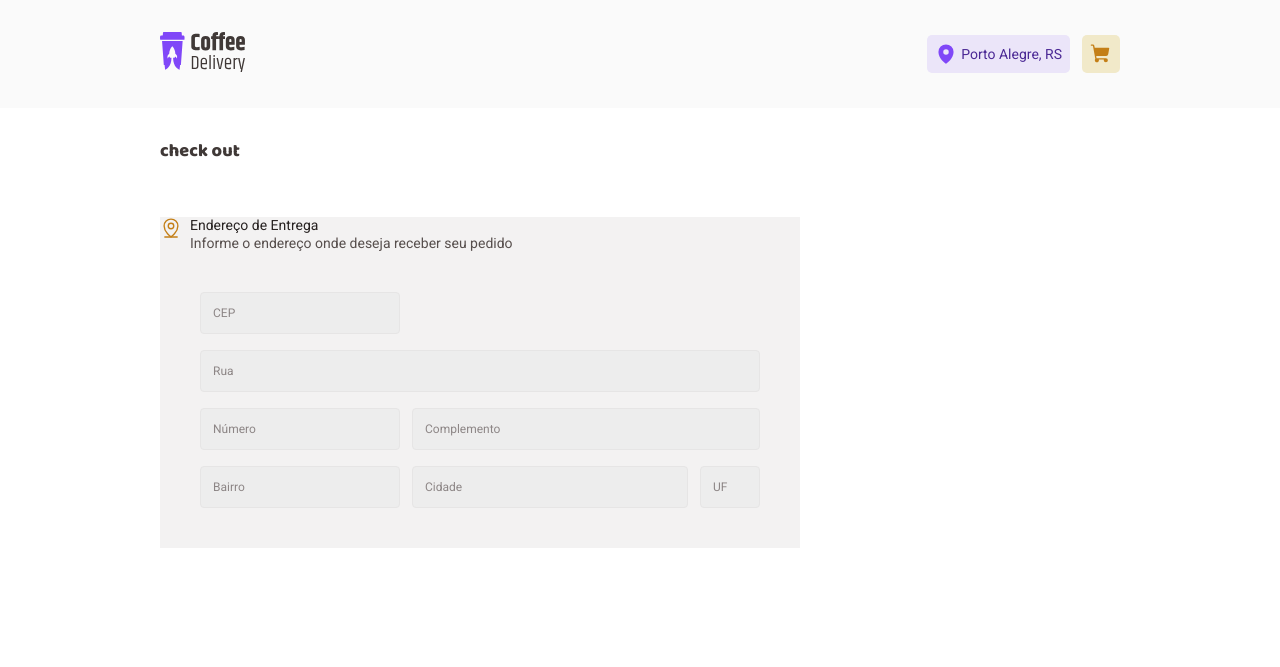
Repository: caueenrico/CoffeDelivery
Page: /checkout
An editor plug-in stored every save of this project. The page is shown before and after a run of saves, followed by the edit.
The browser window is 1280 px wide. The pictures show the whole page.
The project was rebuilt for these pictures with package versions that can differ from the ones it lists, and the page was loaded fresh each time. Also part of the build but not shown: vite.config.ts, src/components/CoffesOptions/styled.ts, src/components/CoffeCards/styles.ts, src/components/IpuntNumber/styles.ts, src/components/IpuntNumber/index.tsx, src/components/CartOfCard/styles.ts, src/components/CartOfCard/index.tsx, src/utils/formatMoney.ts and 4 more.

Above is the page before, as saved 2022-09-22 15:27:09.

### index.html
<!DOCTYPE html>
<html lang="en">
  <head>
    <meta charset="UTF-8" />

    <link rel="preconnect" href="https://fonts.googleapis.com" />
    <link rel="preconnect" href="https://fonts.gstatic.com" crossorigin />
    <link
      href="https://fonts.googleapis.com/css2?family=Baloo+2:wght@700;800&family=Roboto:wght@400;700&display=swap"
      rel="stylesheet"
    />

    <link rel="icon" type="image/svg+xml" href="/vite.svg" />
    <meta name="viewport" content="width=device-width, initial-scale=1.0" />
    <title>Vite + React + TS</title>
  </head>
  <body>
    <div id="root"></div>
    <script type="module" src="/src/main.tsx"></script>
  </body>
</html>

### src/App.tsx
import { BrowserRouter } from "react-router-dom";
import { ThemeProvider } from "styled-components";
import { Router } from "./Router";
import { defaultTheme } from "./styles/themes/default";
import { GlobalStyle } from "./styles/themes/global";

export function App() {
  return (
    <ThemeProvider theme={defaultTheme}>
      <BrowserRouter>
        <Router />
      </BrowserRouter>
      <GlobalStyle />
    </ThemeProvider>
  );
}

### src/Router.tsx
import { Routes, Route } from 'react-router-dom'
import { DefaultLayout } from './layouts/DefaultLayout'
import { CheckOut } from './pages/CheckOut'
import { Home } from './pages/Home'



export function Router() {
  return (
    <Routes>
      <Route path="/" element={<DefaultLayout />}>
        <Route path="/" element={<Home />} />
        <Route path="/checkout" element={<CheckOut />} />
      </Route>
    </Routes>
  )
}

### src/styles/themes/default.ts
export const defaultTheme = {
  white: '#FFFFFF',

  // PRODUTOS
  'yellow-dark': '#C47F17',
  'yellow': '#DBAC2C',
  'yellow-light': '#F1E9C9',

  'purple-dark': '#4B2995',
  'purple': '#8047F8',
  'purple-light': '#EBE5F9',

  //BASE
  'title':'#272221',
  'subtitle': '#403937',
  'text':'#574F4D',
  'label':'#8D8686',
  'hover':'#D7D5D5',
  'button':'#E6E5E5',
  'input':'#EDEDED',
  'card':'#F3F2F2',
  'background':'#FAFAFA'
}

### src/styles/themes/global.ts
import { createGlobalStyle } from "styled-components";


export const GlobalStyle = createGlobalStyle`
  *{
    margin: 0;
    padding: 0;
    box-sizing: border-box;
  }

  :focus{
    outline: 0;
  }

  body{
    -webkit-font-smoothing: antialiased;
  }

  body,input,textarea,button{
    font-family: 'Roboto', sans-serif;
    font-weight: 400;
    font-size: 1rem;
  }

  input::-webkit-outer-spin-button,
  input::-webkit-inner-spin-button {
    -webkit-appearance: none;
    margin: 0;
  }
  input[type="number"] {
    -moz-appearance: textfield;
  }

`

### src/layouts/DefaultLayout/index.tsx
import { Outlet } from 'react-router-dom'
import { Header } from '../../components/Header'
import { LayoutContainer } from './styles'

export function DefaultLayout() {
  return (
    <div>
      <LayoutContainer>
        <Header />
        <Outlet />
      </LayoutContainer>
    </div>
  )
}

### src/pages/CheckOut/index.tsx
import { MapPinLine } from "phosphor-react";
import { useTheme } from "styled-components";
import { TilteText } from "../Home/styles";
import { AddressForm } from "./AddresForm";
import { TextCheck } from "./components/TextosCheck";
import { AddressFormContainer, ContainerCheckOut } from "./styles";

export function CheckOut() {
  return (
    <>
      <TilteText>check out</TilteText>

      <ContainerCheckOut>
        <TextCheck
          icon={<MapPinLine size={22} color="#C47F17" />}
          title="Endereço de Entrega"
          subtitle="Informe o endereço onde deseja receber seu pedido"
        />

        <AddressForm />

      </ContainerCheckOut>
    </>
  );
}

### src/components/Header/index.tsx
import { HeaderContainer, NavHeaders } from "./styles";
import logo from '../assets/logo.svg';
import { Locations } from "../Locations";
import { Cart } from "../Cart";
import { NavLink } from "react-router-dom";


export function Header() {
  return (
    <HeaderContainer>
      <NavLink to='/'>
      <img src={logo} alt="" />
      </NavLink>

      <NavHeaders>
        <Locations />
        <NavLink to='/checkout'>
          <Cart/>
        </NavLink>
      </NavHeaders>
    </HeaderContainer>
  );
}

### src/layouts/DefaultLayout/styles.ts
import styled from 'styled-components'

export const LayoutContainer = styled.div`

`

### src/pages/Home/styles.ts
import Background from '../assets/Background.png'

import styled from "styled-components";

export const BannerContainer = styled.div`

display: flex;
align-items: center;
justify-content: space-between;

padding: 94px 160px;

background-image: url(${Background});
background-position: center;
background-repeat: no-repeat;
background-size: cover;

`

export const TextContainer = styled.div`
 max-width: 588px;

 h1{
  font-family: 'Baloo 2';
  font-style: normal;
  font-weight: 800;
  font-size: 48px;
  line-height: 130%;
  color: ${props => props.theme['title']}
 }

  span {
    font-family: 'Roboto';
    font-weight: 400;
    font-size: 20px;
    line-height: 130%;
    color: ${props => props.theme['subtitle']}
  }




`

export const Benefist = styled.div `

  margin-top: 66px;
  max-width: 567px;
  color: ${props => props.theme['text']};

  ul {
    list-style-type: none;
    display: flex;
    gap: 40px;

  }

  ul li{
    font-size: 16px;
    display: flex;
    align-items: center;
    margin-bottom: 20px;
    gap: 12px;


  }

  .test{
    width: 231px;
  }
`

export const ProductsContainer = styled.div`

  h1{
    font-family: 'Baloo 2';
    font-style: normal;
    font-weight: 800;
    font-size: 32px;
    line-height: 130%;

    margin-left: 160px;
    margin-top: 32px;
    margin-bottom: 54px;

    color:${props => props.theme['subtitle']}
  }



`

export const TilteText = styled.h1`
    font-family: 'Baloo 2';
    font-style: normal;
    font-weight: 800;
    font-size: 18px;
    line-height: 130%;

    margin-left: 160px;
    margin-top: 32px;
    margin-bottom: 54px;

    color:${props => props.theme['subtitle']}
`

### src/pages/CheckOut/AddresForm.tsx
import { InputForm } from "../../components/InpuitForm";
import { AddressFormContainer } from "./styles";



export function AddressForm(){
  return(
    <AddressFormContainer>
      <InputForm placeholder="CEP" type='number' className="cep"/>
      <InputForm placeholder="Rua" className="street"/>
      <InputForm placeholder="Número" type='number'/>
      <InputForm placeholder="Complemento" className="complemento"/>
      <InputForm placeholder="Bairro" />
      <InputForm placeholder="Cidade"/>
      <InputForm placeholder="UF"/>
    </AddressFormContainer>
  )
}

### src/pages/CheckOut/components/TextosCheck/index.tsx
import { ReactNode } from "react"
import { SectionTitleContainer } from "./styles"

interface TextCheckProps{
  title: string
  subtitle: string
  icon: ReactNode
}

export function TextCheck({title,subtitle,icon}: TextCheckProps){
  return(
    <SectionTitleContainer>
      {icon}
      <div>
        <h1>{title}</h1>
        <span>{subtitle}</span>
      </div>
    </SectionTitleContainer>
  )
}

### src/pages/CheckOut/styles.ts
import styled from "styled-components";

export const ContainerCheckOut = styled.div `

  margin-left: 160px;
  display: flex;
  flex-direction: column;
  max-width: 40rem;
  background: ${props => props.theme.card};
`

export const AddressFormContainer = styled.div`
  width: 100%;

  margin: 40px;
  display: grid;
  grid-template-columns: 12.5rem 17.25rem 3.75rem;
  column-gap: 0.75rem;
  row-gap: 1rem;
  grid-auto-flow: dense;

  .cep{
    grid-column: span 3;
    max-width: 12.5rem;
  }

  .street{
    grid-column: span 3;
  }

  .complemento {
    grid-column: span 2;
  }

`

### src/components/Header/styles.ts
import styled from "styled-components";

export const HeaderContainer = styled.div`

  min-height: 104px;

  display: flex;
  align-items: center;
  justify-content: space-between;

  padding: 32px 160px;

  background-color: ${props => props.theme['background']};

  position: sticky;
  top: 0;
  left: 0;
  z-index: 5;

`
export const NavHeaders = styled.nav`
  display: flex;
  gap: 12px;

`

### src/components/Locations/index.tsx
import { MapPin } from "phosphor-react";
import { LocationsContainer } from "./styles";


export function Locations (){

  return (
    <LocationsContainer>
        <MapPin size={22} weight='fill' color="#8047F8"/> Porto Alegre, RS
    </LocationsContainer>
  )
}

### src/components/Cart/index.tsx
import { ShoppingCart } from "phosphor-react";
import React from "react";
import { CartContainer } from "./styles";

export function Cart (){
  return(
    <CartContainer>
      <ShoppingCart size={22} weight='fill'/>
    </CartContainer>
  )
}

### src/components/InpuitForm/index.tsx
import { InputHTMLAttributes } from "react";
import { InputStyleContainer } from "./styles";

type InputProps = InputHTMLAttributes<HTMLInputElement>

export function InputForm({...props}:InputProps ){
  return(
    <InputStyleContainer {...props}/>
  )
}

### src/pages/CheckOut/components/TextosCheck/styles.ts
import styled from "styled-components";

export const SectionTitleContainer = styled.div`
  display: flex;
  gap: 0.5rem;
  margin: ;


  div{
    h1{
      font-size: 0.875rem;
      font-weight: 400;
      color: ${props => props.theme.title};
    }
    span{
      font-size: 0.875rem;
      font-weight: 400;
      color: ${props => props.theme.text};
    }
  }

`

### src/components/Locations/styles.ts
import styled from "styled-components";

export const LocationsContainer = styled.div`
  border-radius: 5px;

  max-width: 143px;
  padding: 8px;
  font-size: 14px;

  background-color: ${props => props.theme['purple-light']};
  color: ${props => props.theme['purple-dark']};

  display: flex;
  justify-content: center;
  align-items: center;
  gap: 4px;



`

### src/components/Cart/styles.ts
import styled from "styled-components";

export const CartContainer = styled.button`
  max-width: 38px;
  max-height: 38px;
  border-radius: 5px;
  border: none;

  background-color: ${props => props.theme['yellow-light']};
  color: ${props => props.theme['yellow-dark']};

  display: flex;
  align-content: center;
  align-items: center;

  padding: 8px;

`

### src/components/InpuitForm/styles.ts
import styled from "styled-components";

export const InputStyleContainer = styled.input`
  height: 2.625rem;
  border-radius: 4px;
  border: 1px solid ${props => props.theme.button};
  background: ${props => props.theme.input};
  transition: 0.4s;

  &:focus{
    border-color: ${props => props.theme["yellow-dark"]};
  }

  color: ${props => props.theme["text"]};
  font-size: 00.75rem;
  padding: 0 0.75rem;

  &::placeholder{
    color: ${props => props.theme["label"]};
  }
`

Loaded but not shown: src/main.tsx (common file)

After the next 4 saves:
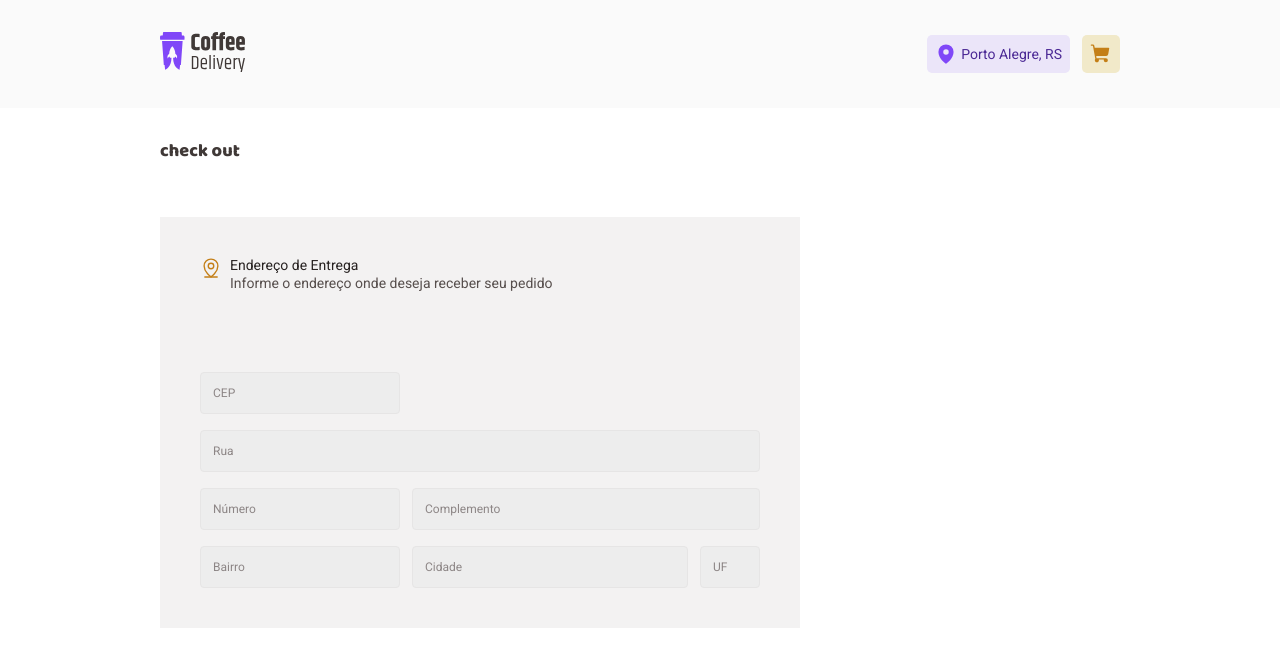
The 4 saves are shown as one change because they came seconds apart.
The last was saved 9 s later.
--- a/src/pages/CheckOut/components/TextosCheck/styles.ts
+++ b/src/pages/CheckOut/components/TextosCheck/styles.ts
@@ -3,7 +3,7 @@ import styled from "styled-components";
 export const SectionTitleContainer = styled.div`
   display: flex;
   gap: 0.5rem;
-  margin: ;
+  margin: 40px 40px;
 
 
   div{
